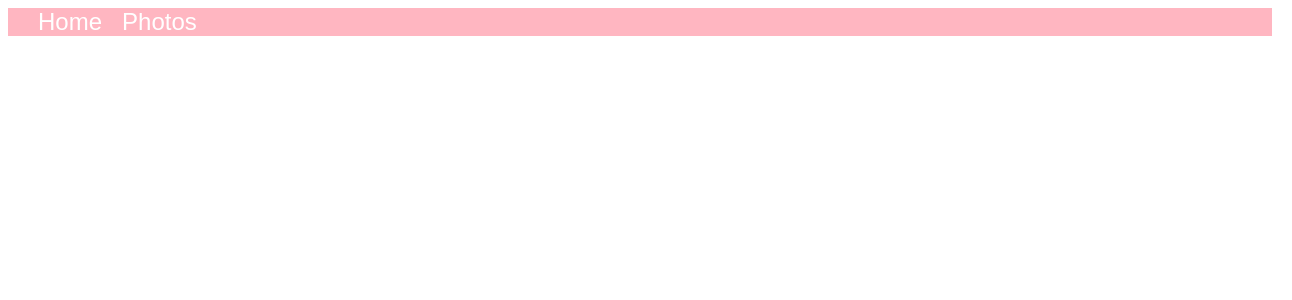
Repository: josephinel6/simple-editing
Page: navigation.html
An editor plug-in stored every save of this project. The page is shown before and after the next save, followed by the edit.
The browser window is 1280 px wide. The page is 1280 px wide, then 1292 px, so the pictures cover 1292 px, including what lies to the right of the window. The pictures show the whole page.

Above is the page before, as saved 2023-05-23 09:57:59.

After the next save:
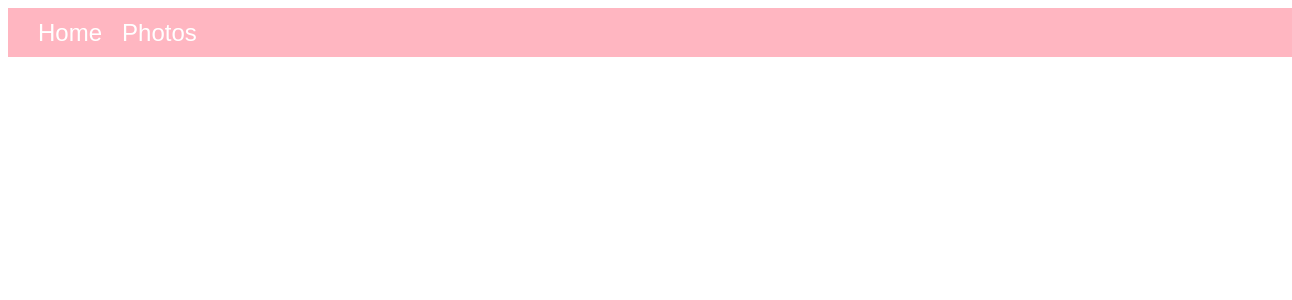
Saved 7 s later.
--- a/navigation.html
+++ b/navigation.html
@@ -20,7 +20,7 @@
 
 <body>
     <div
-        style="height: %;7 width: 100%; background-color: lightpink; align-items: center; display: flex; padding-left: 20px">
+        style="height: 7%; width: 100%; background-color: lightpink; align-items: center; display: flex; padding-left: 20px">
         <a class="menutab" href="index.html"> Home </a>
         <a class="menutab" href="photos.html"> Photos </a>
     </div>
